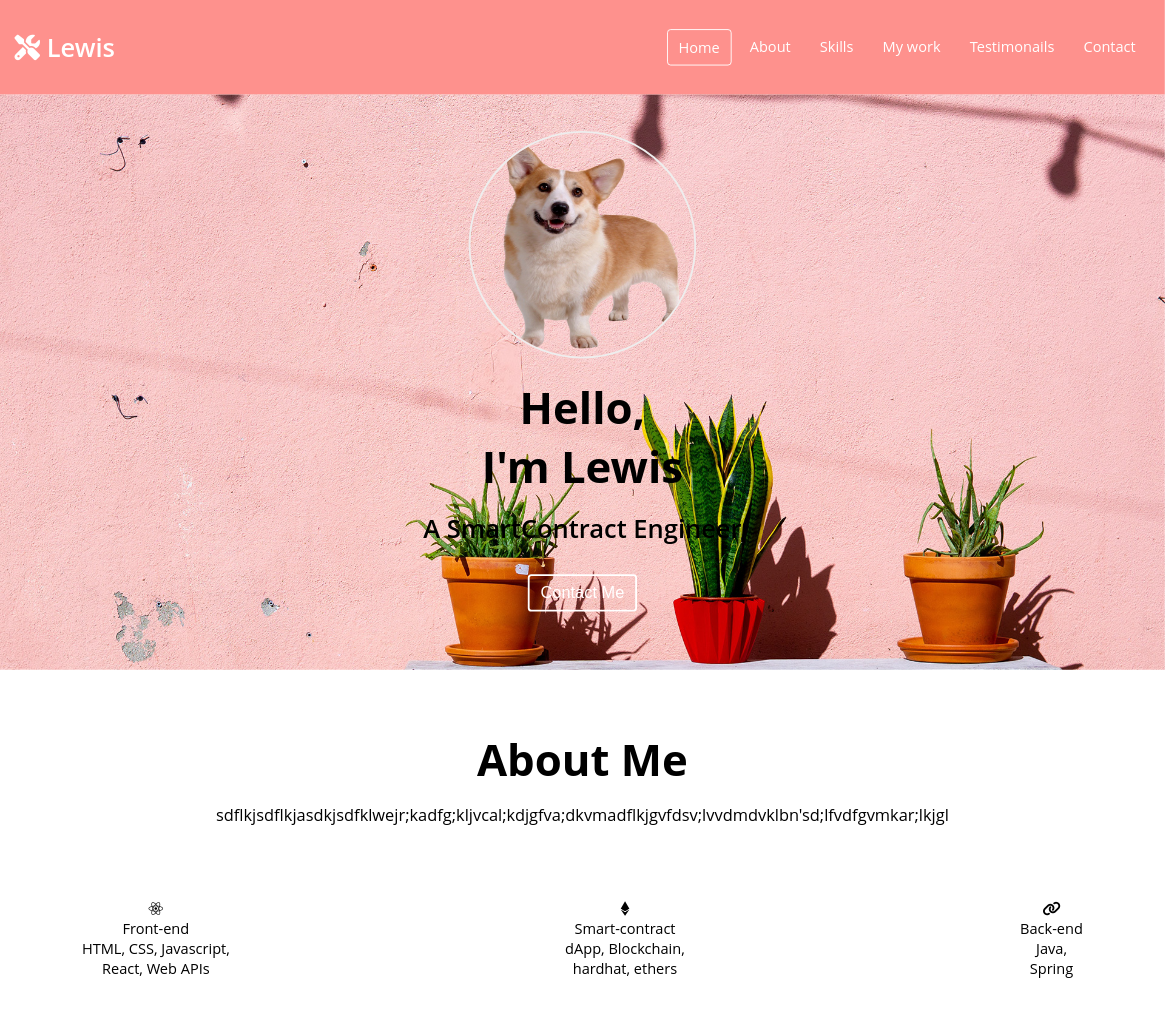
Repository: woojinShim/woojinShim.github.io
Page: index.html
An editor plug-in stored every save of this project. The page is shown before and after the next save, followed by the edit.
The browser window is 1280 px wide. The pictures show the part of the page from y = 0 to 1135 px (the page is 7130 px tall before and 7162 px after), at 91% of full size.
A picture or video elsewhere on the page could not be fetched, so the positions and the page height are approximate. Some web libraries are served in a nearby version.

Above is the page before, as saved 2022-03-08 19:03:12.

After the next save:
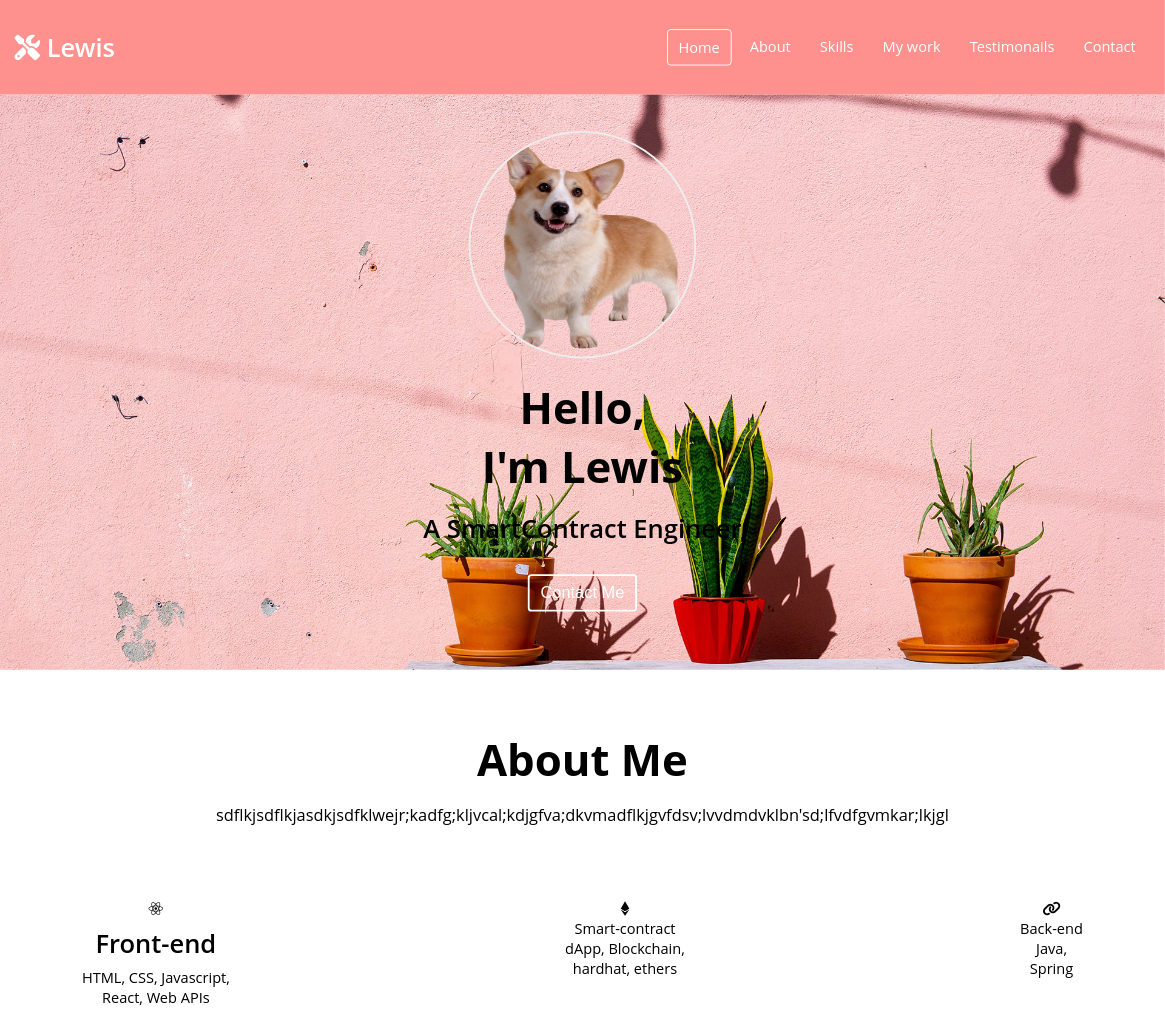
Saved 71 s later.
--- a/index.html
+++ b/index.html
@@ -44,27 +44,27 @@
         <h1>About Me</h1>
         <p>sdflkjsdflkjasdkjsdfklwejr;kadfg;kljvcal;kdjgfva;dkvmadflkjgvfdsv;lvvdmdvklbn'sd;lfvdfgvmkar;lkjgl</p>
         <div class="about__majors">
-        <div class="major">
-            <div class="major__icon"><i class="fab fa-react"></i></div>
-            <div class="major__title">Front-end</div>
-            <div class="major__description">HTML, CSS, Javascript,
-                <br /> React, Web APIs
-            </div>
-        </div>
-        <div class="major">
-            <div class="major__icon"><i class="fab fa-ethereum"></i></div>
-            <div class="major__title">Smart-contract</div>
-            <div class="major__description">dApp, Blockchain,
-                <br /> hardhat, ethers
-            </div>
-        </div>
-        <div class="major">
-            <div class="major__icon"><i class="fas fa-link"></i></i></div>
-            <div class="major__title">Back-end</div>
-            <div class="major__description">Java,
-                <br /> Spring
-            </div>
-        </div>
+            <div class="major">
+                <div class="major__icon"><i class="fab fa-react"></i></div>
+                <h2 class="major__title">Front-end</h2>
+                <div class="major__description">HTML, CSS, Javascript,
+                    <br /> React, Web APIs
+                </div>
+            </div>
+            <div class="major">
+                <div class="major__icon"><i class="fab fa-ethereum"></i></div>
+                <div class="major__title">Smart-contract</div>
+                <div class="major__description">dApp, Blockchain,
+                    <br /> hardhat, ethers
+                </div>
+            </div>
+            <div class="major">
+                <div class="major__icon"><i class="fas fa-link"></i></i></div>
+                <div class="major__title">Back-end</div>
+                <div class="major__description">Java,
+                    <br /> Spring
+                </div>
+            </div>
         </div>
 
 

After the save that followed:
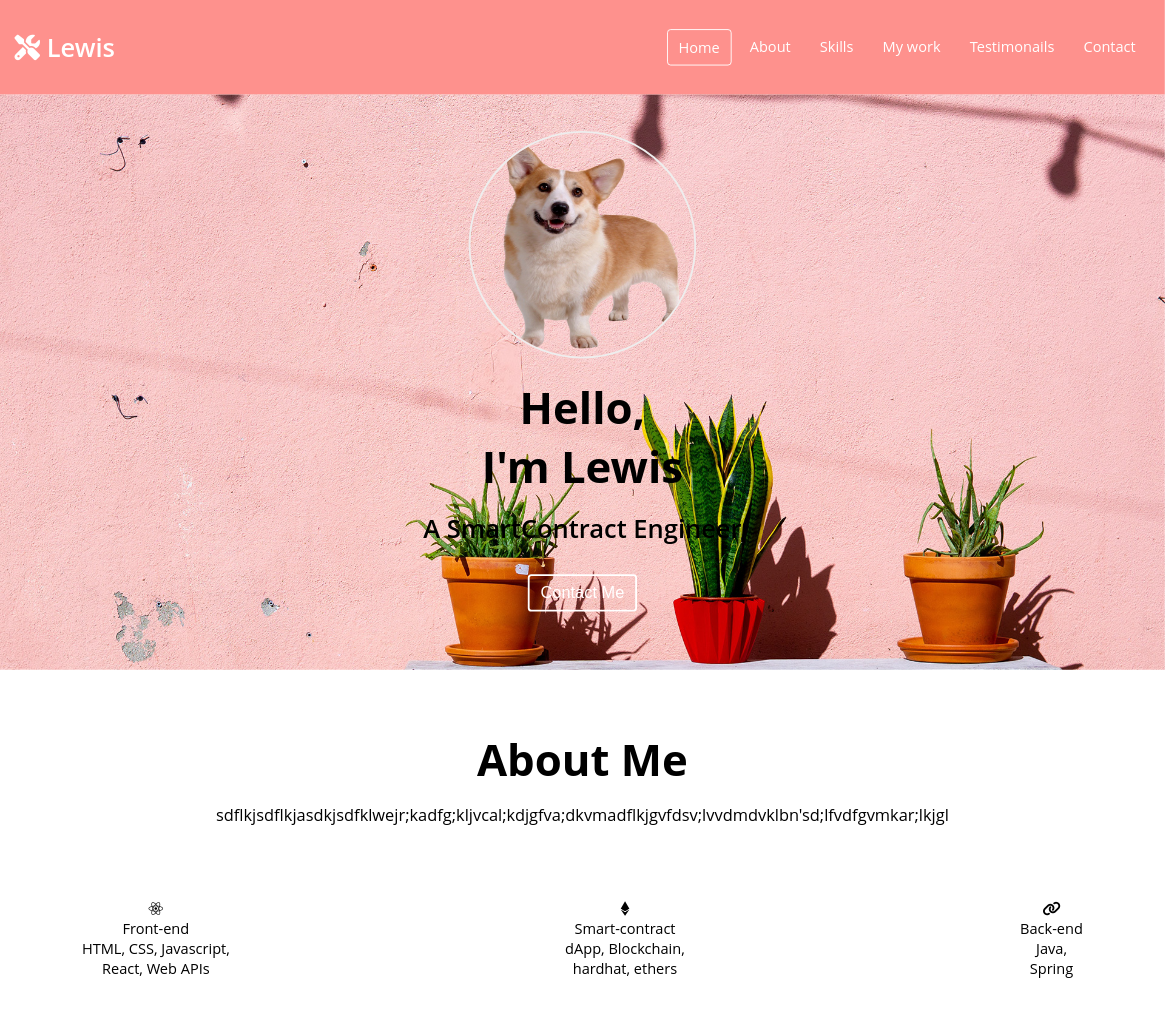
Saved 17 s later.
--- a/index.html
+++ b/index.html
@@ -46,7 +46,7 @@
         <div class="about__majors">
             <div class="major">
                 <div class="major__icon"><i class="fab fa-react"></i></div>
-                <h2 class="major__title">Front-end</h2>
+                <div class="major__title">Front-end</div>
                 <div class="major__description">HTML, CSS, Javascript,
                     <br /> React, Web APIs
                 </div>
